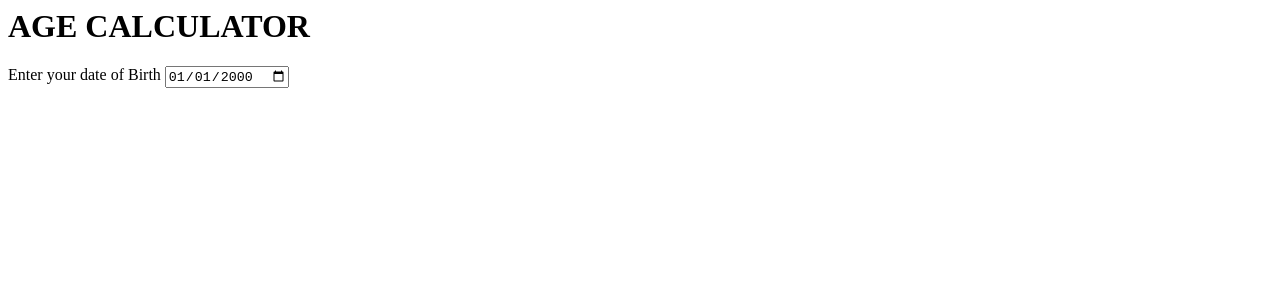
Repository: Femi007-gh/Calculator
Page: index.html
The author's editor kept a copy of each file at every save. The page is drawn from the files as they stood at one save, then again after a run of saves.
The browser window is 1280 px wide. The pictures show the whole page.

Above is the page before, as saved 2025-03-27 07:27:34.
Not found: script.js

After the next 11 saves:
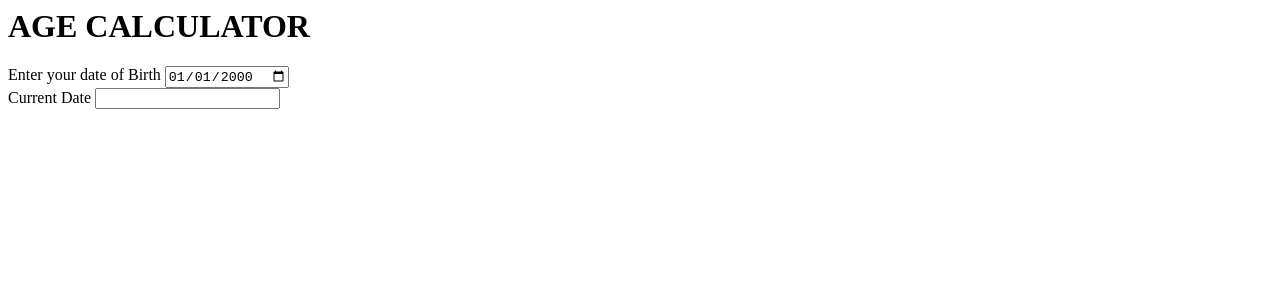
The 11 saves are shown as one change because they came seconds apart.
The last was saved 27 s later.
--- a/index.html
+++ b/index.html
@@ -12,7 +12,10 @@
         <label>Enter your date of Birth</label>
         <input id="inputDOB" type="date" value="2000-01-01">
       </div>
-      <div></div>
+      <div>
+        <label>Current Date</label>
+        <input id="cD">
+      </div>
     </div>
   </body>
 </html>
